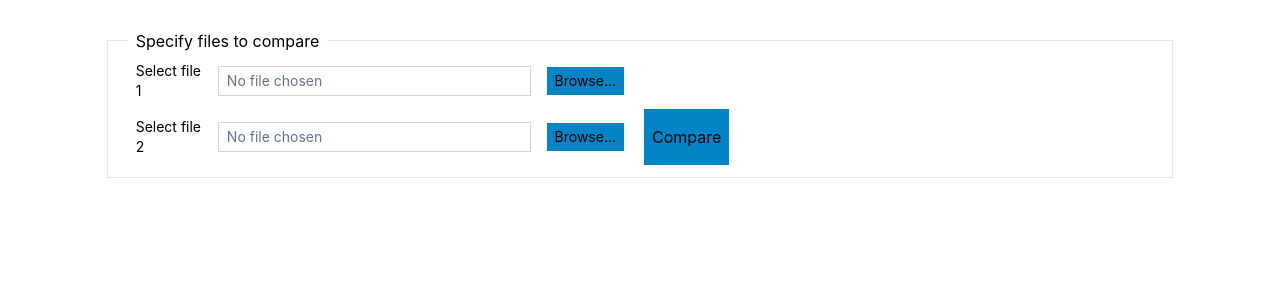
Repository: chionye/paymentology-front
Page: /
These files come from the project's save history. The page is drawn as it stood at one moment and after the next save; the edit follows.
The browser window is 1280 px wide. The pictures show the whole page.
The project was rebuilt for these pictures with package versions that can differ from the ones it lists, and the page was loaded fresh each time.

Above is the page before, as saved 2022-03-16 13:23:31.

### src/index.css
@tailwind base;
@tailwind components;
@tailwind utilities;

body {
  margin: 0;
  font-family: -apple-system, BlinkMacSystemFont, 'Segoe UI', 'Roboto', 'Oxygen',
    'Ubuntu', 'Cantarell', 'Fira Sans', 'Droid Sans', 'Helvetica Neue',
    sans-serif;
  -webkit-font-smoothing: antialiased;
  -moz-osx-font-smoothing: grayscale;
}

input[type=file] {
  -webkit-appearance: none;
  position: relative;
  -webkit-box-sizing: border-box;
   }
   input[type=file]::-webkit-file-upload-button {
  width: 0;
  padding: 0;
  margin: 0;
  -webkit-appearance: none;
  border: none;
   }
   /* "x::-webkit-file-upload-button" forces the rules to only apply to browsers that support this pseudo-element */

### src/App.js
import Section from "./components/Section";

function App() {
  return (
    <Section />
  );
}

export default App;

### src/components/Section.js
import Button from "./Button";
import InputFile from "./InputFile";

const Section = () => {
    return(
        <div className="relative w-5/6 h-auto p-3 border border-1 border-gray mx-auto my-10">
            <div className="absolute -top-3 left-5 bg-white px-2">Specify files to compare</div>
            <InputFile file={"Select file 1"} />
            <div className="flex flex-row">
                <InputFile file={"Select file 2"} />
                <Button label={"Compare"} />
            </div>

        </div>
    )
}

export default Section;

### src/components/Button.js
const Button = (props) => {
    return <button className="ml-1 bg-sky-600 hover:bg-sky-700 py-1 px-2 ">{props.label}</button>
}

export default Button;

### src/components/InputFile.js
import Button from "./Button";
const InputFile = (props) => {
    return(
        <div className="flex flex-row w-full md:w-1/2 items-center text-sm my-2 px-4">
            <label className="w-28">{props.file}</label>

            <input type="file"
                className="block w-full mx-3 appearance-none border border-1 border-gray-300 py-1 px-2  text-slate-500
                file:mr-4 file:py-2 file:px-4
                file:rounded-full file:border-0
                file:text-sm file:font-semibold
                file:bg-violet-50 file:text-violet-700
                hover:file:bg-violet-100 file:text-red-600
                "/>

            <Button label={"Browse..."} />
        </div>
    )
}

export default InputFile;

Loaded but not shown: public/index.html (common file); src/index.js (common file); src/reportWebVitals.js (common file); tailwind.config.js (common file)

After the next save:
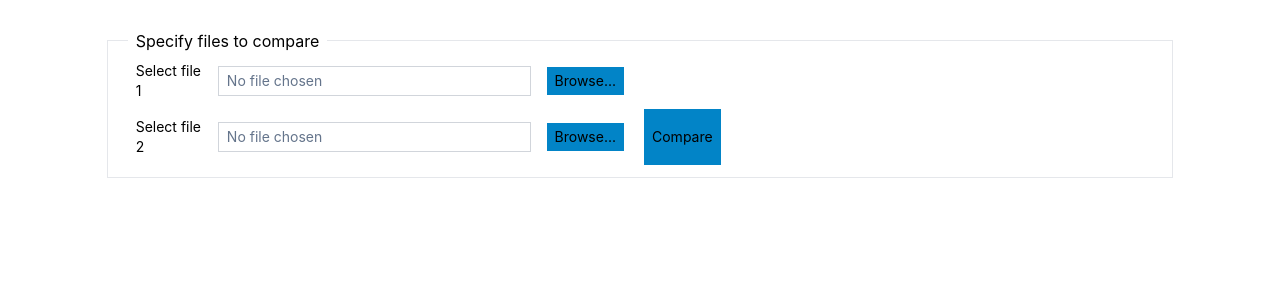
Saved 25 s later.
--- a/src/components/Button.js
+++ b/src/components/Button.js
@@ -1,5 +1,5 @@
 const Button = (props) => {
-    return <button className="ml-1 bg-sky-600 hover:bg-sky-700 py-1 px-2 ">{props.label}</button>
+    return <button className="ml-1 bg-sky-600 hover:bg-sky-700 py-1 px-2 text-sm ">{props.label}</button>
 }
 
 export default Button;
